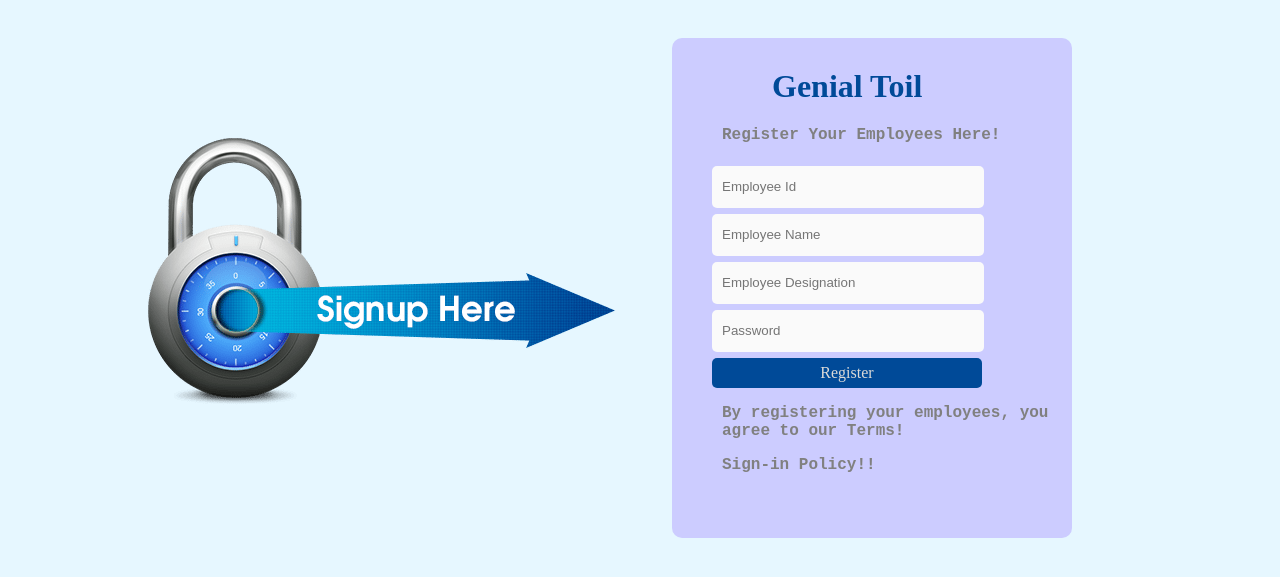
Repository: robin9533/Basic-Programs-App.
Page: GW-Genial Work Proj/GT_GenialToil/WebContent/EmployeeSignup.html
These files come from the project's save history. The page is drawn as it stood at one moment and after the next save; the edit follows.
The browser window is 1280 px wide. The pictures show the whole page.

Above is the page before, as saved 2019-05-10 13:58:35.

### GW-Genial Work Proj/GT_GenialToil/WebContent/EmployeeSignup.html
<!DOCTYPE html>
<html>
<head>
<meta charset="ISO-8859-1">
<title>Employee Registration Form</title>
<link rel="Stylesheet" type="text/css" href="EmployeeSignup.css">
</head>
<body>

	<div class="imgblock">
		<img src="signup.png">
	 </div>

	<div class="registrationblock">
		<h1>Genial Toil</h1>
		<h4>Register Your Employees Here!</h4>


		<Form action="EmployeeSignupServlet">

			<input type="text" name="empId" placeholder="Employee Id"> <input
				type="text" name="empName" placeholder="Employee Name"> <input
				type="text" name="empDes" placeholder="Employee Designation">
			<input type="password" name="empPass" placeholder="Password">
			<button type="button">Register</button>

			<h5>By registering your employees, you agree to our Terms! </h5>
				<h5>Sign-in Policy!!</h5>

		</Form>
	</div>

</body>
</html>

### GW-Genial Work Proj/GT_GenialToil/WebContent/EmployeeSignup.css
@charset "ISO-8859-1";

body{
	background-color: #e6f7ff;
}
.registrationblock {
	height:500px;
	width: 400px;
	float:right;
	margin-top: 30px;
	margin-right: 200px;
	border-radius:10px;
	border:0px solid black;
	background-color: #ccccff;
}

.imgblock{
	height:350px;
	width: 500px;
	float:left;
	margin-top: 120px;
	margin-left: 120px;
	border-radius:10px;
	border:0px solid black;
}
.registrationblock input{
	width: 260px;
	height:40px;
	margin-bottom:6px;
	margin-left:40px;
	padding-left: 10px;
	color:graytext;
	background: #fafafa;
	border: none;
	border:0px solid gray;
	border-radius: 5px;

}
.registrationblock button{
	width:270px;
	height:30px;
	margin-left:40px;
	text-align: center;
	cursor: pointer;
	color: #DADAD8;
	font-family:inherit;
	font-size:16px;
	background: #004A98;
	border-radius:5px;
	border: 0px solid #3897F0;
	}
.registrationblock h1{
	margin-top:30px;
	margin-left: 100px;
	font-family:inherit,Roboto, Helvetica, Arial, sans-serif;
	font-style:normal;
	color: #004A98;
	cursor: default;
	}

.registrationblock h4{
	padding-left:50px;
	padding-right:40px;
	font-family:monospace;
	font-size:16px;
	color: grey;
	cursor: default;
	}
.registrationblock h5{
	padding-left:50px;
	padding-right:10px;
	margin:16px 0px 0px 0px;
	font-family:monospace;
	font-size:16px;
	color: grey;
	cursor: default;
	border: 0px solid black;
	}

After the next save:
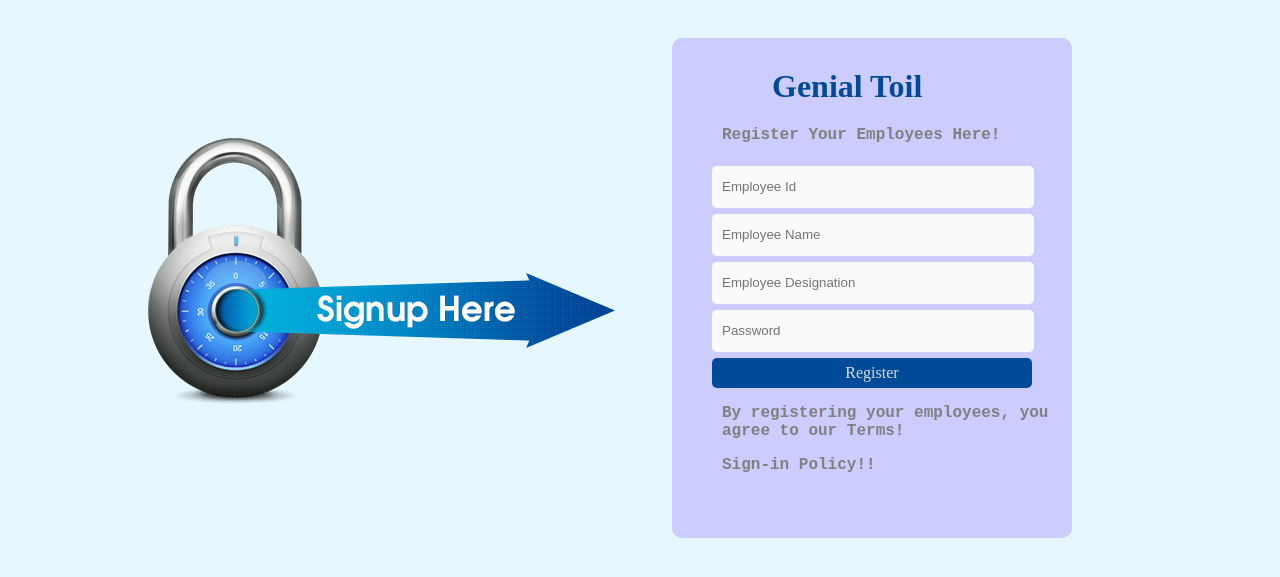
Saved 23 s later.
--- a/GW-Genial Work Proj/GT_GenialToil/WebContent/EmployeeSignup.css
+++ b/GW-Genial Work Proj/GT_GenialToil/WebContent/EmployeeSignup.css
@@ -24,7 +24,7 @@ body{
 	border:0px solid black;
 }
 .registrationblock input{
-	width: 260px;
+	width: 310px;
 	height:40px;
 	margin-bottom:6px;
 	margin-left:40px;
@@ -37,7 +37,7 @@ body{
 
 }
 .registrationblock button{
-	width:270px;
+	width:320px;
 	height:30px;
 	margin-left:40px;
 	text-align: center;
